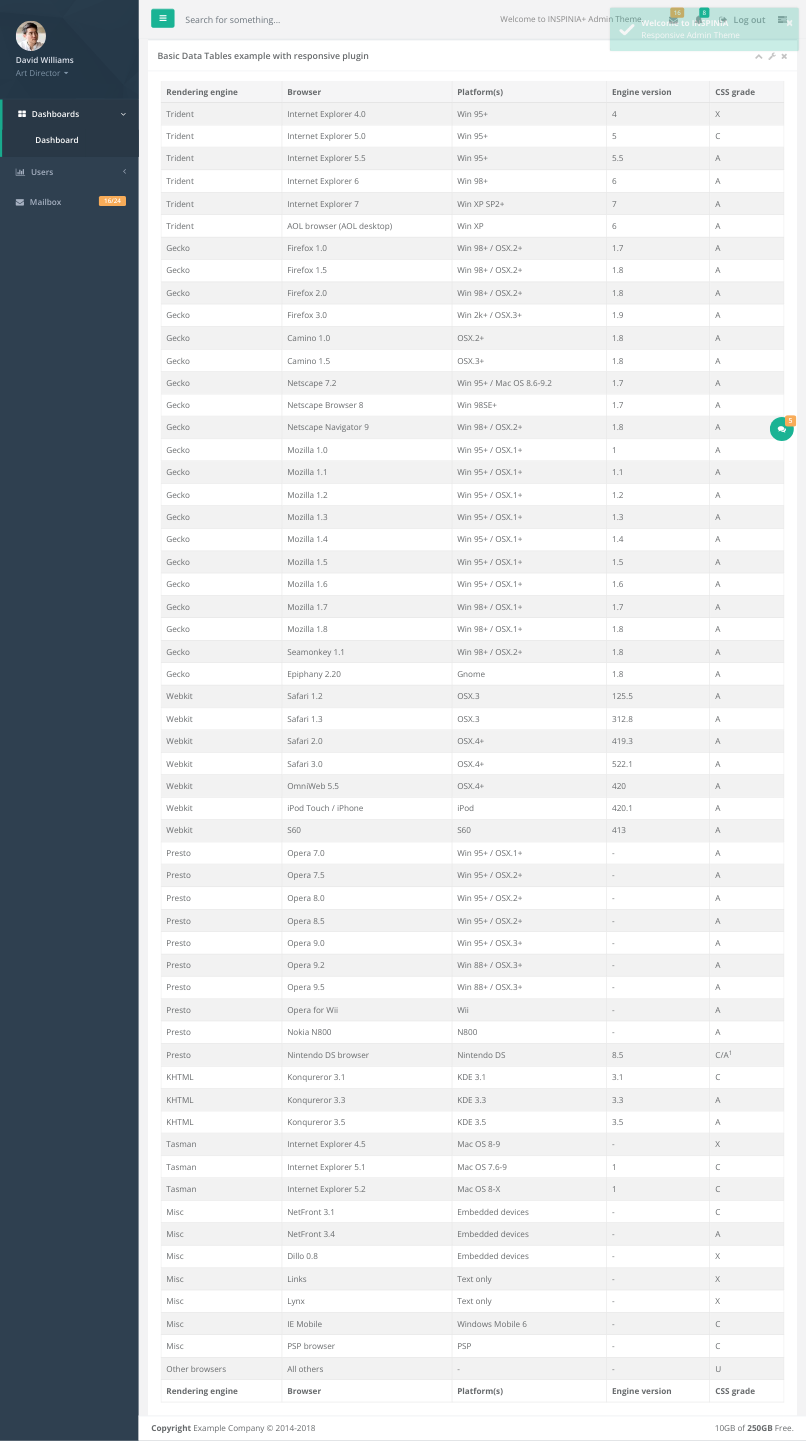
Repository: WAQARHUSSAIN12/quiz
Page: http://localhost/users
These files come from the project's save history. The page is drawn as it stood at one moment and after a run of saves; the edit follows.
The browser window is 1280 px wide. The pictures show the whole page, at 63% of full size.
The page is served by the project's Laravel application, run on PHP 8.4 with Laravel 9.

Above is the page before, as saved 2024-08-09 16:18:33.
Console error: TypeError: Cannot read properties of undefined (reading 'plugins')

After the next 2 saves:
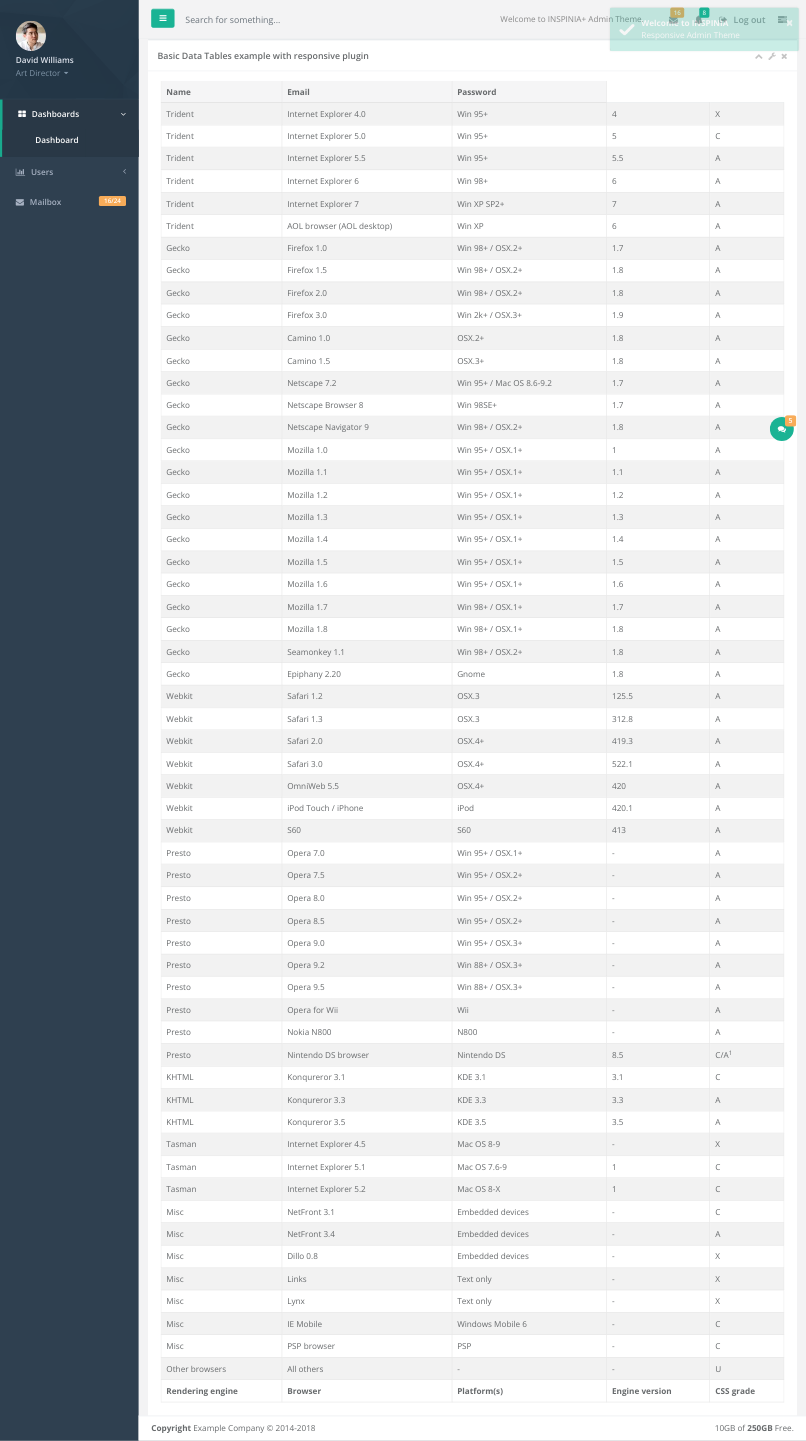
The 2 saves are shown as one change because they came seconds apart.
The last was saved 39 s later.
--- a/resources/views/backend/users/index.blade.php
+++ b/resources/views/backend/users/index.blade.php
@@ -35,11 +35,10 @@
                     <table class="table table-striped table-bordered table-hover dataTables-example">
                         <thead>
                             <tr>
-                                <th>Rendering engine</th>
-                                <th>Browser</th>
-                                <th>Platform(s)</th>
-                                <th>Engine version</th>
-                                <th>CSS grade</th>
+                                <th>Name</th>
+                                <th>Email</th>
+                                <th>Password</th>
+
                             </tr>
                         </thead>
                         <tbody>
